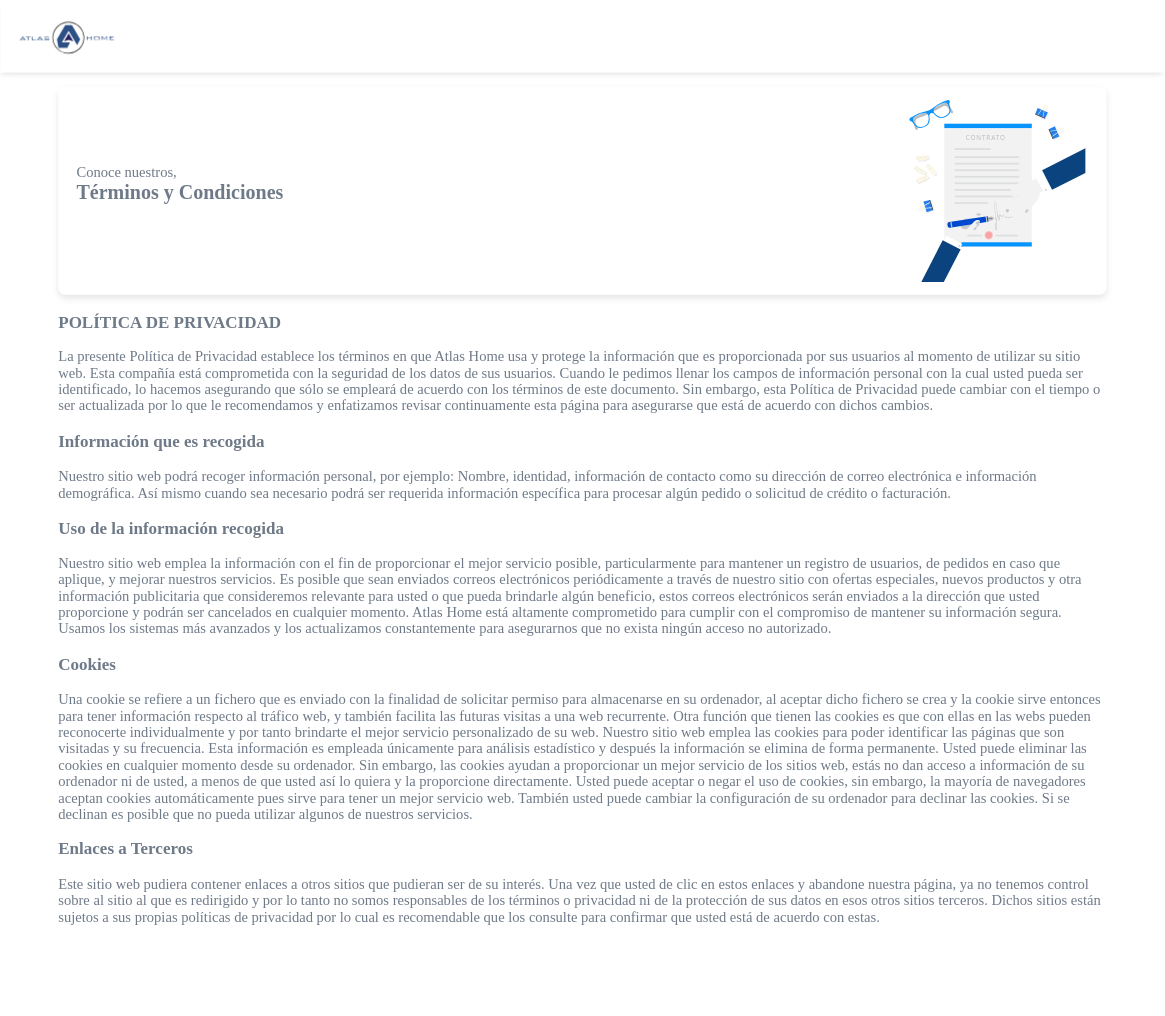
Repository: FabioMadrid/atlas_code
Page: terminos_condiciones.html
An editor plug-in stored every save of this project. The page is shown before and after the next save, followed by the edit.
The browser window is 1280 px wide. The pictures show the whole page, at 91% of full size.
Some web fonts or font styles are not loaded; a fallback is used. Some web libraries are served in a nearby version.

Above is the page before, as saved 2021-01-13 10:57:31.

### terminos_condiciones.html
<!DOCTYPE html>
<html lang="en">
<head>
    <meta charset="UTF-8">
    <meta name="viewport" content="width=device-width, initial-scale=1.0">
    <link rel="stylesheet" href="https://cdnjs.cloudflare.com/ajax/libs/font-awesome/4.7.0/css/font-awesome.min.css">
    <script src="https://kit.fontawesome.com/8bf4511c4b.js" crossorigin="anonymous"></script>
    <link rel="stylesheet" href="css/general.css">
    <link rel="stylesheet" href="css/perfil_vendedor.css">
    <link rel="stylesheet" href="https://atlas-home-colombia.s3.amazonaws.com/fonts/fonts.css">
    <title>Atlas Home</title>
</head>
<body>

    <div class="topnav" id="myTopnav">
        <div class="column-25" style="left: 0;">
            <a href="./index.html">
                <img src="./svg/logo_alargado_azul.svg" alt="Logo Atlas" id="logo-navbar">
            </a>
        </div>

    </div>



    <div class="titulo-inmueble hide-mobile" style="margin-top: 95px;" id="titulo-propiedad">
        <div class="space-between" style="margin-top: 5px;">

            <div class="text">
                <span >Conoce nuestros</span>,
                <br>
                <b style="font-size: 22px;display:block">Términos y Condiciones</b>
                <br>

            </div>

            <div class="relative-container">

                    <img src="./svg/contrato.svg" alt="Logo Atlas" class="dibujo">

            </div>

        </div>
    </div>


    <section style="margin: 0 5% 100px" class="text" >

        <h3 > POLÍTICA DE PRIVACIDAD</h3>

        La presente Política de Privacidad establece los términos en que Atlas Home usa y protege la información que es proporcionada por sus usuarios al momento de utilizar su sitio web. Esta compañía está comprometida con la seguridad de los datos de sus usuarios. Cuando le pedimos llenar los campos de información personal con la cual usted pueda ser identificado, lo hacemos asegurando que sólo se empleará de acuerdo con los términos de este documento. Sin embargo, esta Política de Privacidad puede cambiar con el tiempo o ser actualizada por lo que le recomendamos y enfatizamos revisar continuamente esta página para asegurarse que está de acuerdo con dichos cambios.

        <h3>Información que es recogida</h3>
        Nuestro sitio web podrá recoger información personal, por ejemplo: Nombre, identidad, información de contacto como su dirección de correo electrónica e información demográfica. Así mismo cuando sea necesario podrá ser requerida información específica para procesar algún pedido o solicitud de crédito o facturación.

        <h3>Uso de la información recogida</h3>
        Nuestro sitio web emplea la información con el fin de proporcionar el mejor servicio posible, particularmente para mantener un registro de usuarios, de pedidos en caso que aplique, y mejorar nuestros servicios. Es posible que sean enviados correos electrónicos periódicamente a través de nuestro sitio con ofertas especiales, nuevos productos y otra información publicitaria que consideremos relevante para usted o que pueda brindarle algún beneficio, estos correos electrónicos serán enviados a la dirección que usted proporcione y podrán ser cancelados en cualquier momento.

        Atlas Home está altamente comprometido para cumplir con el compromiso de mantener su información segura. Usamos los sistemas más avanzados y los actualizamos constantemente para asegurarnos que no exista ningún acceso no autorizado.

        <h3> Cookies </h3>
        Una cookie se refiere a un fichero que es enviado con la finalidad de solicitar permiso para almacenarse en su ordenador, al aceptar dicho fichero se crea y la cookie sirve entonces para tener información respecto al tráfico web, y también facilita las futuras visitas a una web recurrente. Otra función que tienen las cookies es que con ellas en las webs pueden reconocerte individualmente y por tanto brindarte el mejor servicio personalizado de su web.

        Nuestro sitio web emplea las cookies para poder identificar las páginas que son visitadas y su frecuencia. Esta información es empleada únicamente para análisis estadístico y después la información se elimina de forma permanente. Usted puede eliminar las cookies en cualquier momento desde su ordenador.

        Sin embargo, las cookies ayudan a proporcionar un mejor servicio de los sitios web, estás no dan acceso a información de su ordenador ni de usted, a menos de que usted así lo quiera y la proporcione directamente. Usted puede aceptar o negar el uso de cookies, sin embargo, la mayoría de navegadores aceptan cookies automáticamente pues sirve para tener un mejor servicio web. También usted puede cambiar la configuración de su ordenador para declinar las cookies. Si se declinan es posible que no pueda utilizar algunos de nuestros servicios.

        <h3> Enlaces a Terceros </h3>

        Este sitio web pudiera contener enlaces a otros sitios que pudieran ser de su interés. Una vez que usted de clic en estos enlaces y abandone nuestra página, ya no tenemos control sobre al sitio al que es redirigido y por lo tanto no somos responsables de los términos o privacidad ni de la protección de sus datos en esos otros sitios terceros. Dichos sitios están sujetos a sus propias políticas de privacidad por lo cual es recomendable que los consulte para confirmar que usted está de acuerdo con estas.



    </section>

### css/perfil_vendedor.css
.titulo-inmueble
{
    min-height: 80px;
    width: 90%;
    margin: auto;
    box-shadow: 0 4px 8px 0 rgba(0,0,0,0.1);
    border-radius: 8px;
    padding: 10px 20px;
    overflow: hidden;

}


.titulo-inmueble>h2
{
    margin: 5px 0 5px 0;
}
.titulo-propiedades
{
    font:"Forma DJR Text Edu" medium ;
    color: #0048CD;
    text-align: left;
}
.space-between
{
    justify-content: space-between;
    display: flex;
    display: -webkit-flex; /* Safari */
    flex-flow: row nowrap;
    align-items: center;
}
.text-t
{
    font-family:"Forma DJR Text Edu";
    color: #6F7A88;
    font-size: 16px;
    padding: 5px;
}

.dot {
    height: 12px;
    width: 12px;
    margin: 0 2px;
    background-color: #0894FE;
    border-radius: 50%;
    display: inline-block;
  }

.logo_empresa
{
    height: 100px;
    width: 100px;
    border-radius: 50%;
    vertical-align: middle;
    background-blend-mode: multiply;
    color: transparent;
    transition: all .3s ease;
    cursor: pointer;
}
.thumbnail
{
    height: 60px;
    width: 60px;
    border-radius: 50%;
    vertical-align: middle;
}
.upload_boton {
    opacity: 0;
    position: absolute;
    z-index: -1;
 }

 .info-card
 {
     height: 130px;
     width: 150px;
     margin:.7em;
     box-shadow: 0 4px 8px 0 rgba(0,0,0,0.2);
     border-radius: 8px;
     padding: none;
     overflow: hidden;
     padding: 10px;
 }
 .info-card:hover, .cita-card:hover
{
    box-shadow: 0 8px 16px 0 rgba(0,0,0,0.2);
    cursor: pointer;
}

 .cita-card
 {
     height: 250px;
     width: 250px;
     margin:.7em;
     box-shadow: 0 4px 8px 0 rgba(0,0,0,0.2);
     border-radius: 8px;
     padding: none;
     overflow: hidden;
     padding: 10px;
 }

 /*-------- Cards de propiedades--------*/
 .atlas-card
{
    height: 290px;
    width: 300px;
    margin:.7em;
    box-shadow: 0 4px 8px 0 rgba(0,0,0,0.2);
    transition: 0.3s;
    border-radius: 8px;
    padding: none;
    overflow: hidden;
}
.image-card
{
    height: 170px;
    width: 100%;
    object-fit: cover;
    vertical-align: middle;
}
.columna_modal_cita
{
  width: 45%;
  margin-top: 15px;
}


.contenedor-beneficios
{
    display: flex;
    flex-flow: row wrap;
    justify-content: flex-start;
    width: 90%;
    margin: auto;
}
.card-container
{
    display: flex;
    flex-flow: row nowrap;
    justify-content: space-around;
}
.icons
{
    height: 50px;
}
.cambiar_foto
{
    position: absolute;
    right: 0;
    bottom: 0;
    width: 20px;
    height:20px;
    background-color: white;
}
.dibujo
{
    width: 200px;
    height: 200px;
}

/*----------Clases de los accordiones ----------*/
.accordion {
    background-color: white;
    color: #444;
    cursor: pointer;
    padding: 18px;
    width: 100%;
    border: none;
    text-align: left;
    outline: none;
    font-size: 15px;
    transition: 0.4s;
    box-shadow: 0 4px 8px 0 rgba(0,0,0,0.1);
    margin-bottom: 1px;
  }

  .active-accordion, .accordion:hover
  {
    color: #0894FE;
    border-bottom: 1px solid #0894FE;
  }

  .accordion:after {
    content: 'Editar';
    color:#0894FE;
    font-weight: bold;
    float: right;
    margin-left: 5px;
  }

  .active-accordion:after {
    content: "Cancelar";
  }

  .panel {
    padding: 0 20px;
    background-color: white;
    max-height: 0;
    overflow: hidden;
    transition: max-height 0.2s ease-out;
    box-shadow: 0 4px 8px 0 rgba(0,0,0,0.1);
  }

  .text_blue
  {
      color: #0894FE ;
  }

  .tabcontent
{
    display: none;
    animation: fadeEffect 0.5s; /* Fading effect takes 1 second */
}


.b-tipo-cita
{
    color: #6F7A88;
    border-bottom: 1px solid #6F7A88;
    display: block;
    text-align: center;
    width: 25%;
    margin-top: 0;
    cursor: pointer;
    outline: none;
    padding: 10px;
    background-color: white;
}

.b-tipo-cita.active
{
  border-bottom: 2px solid #2680EB;
  color: #2680EB;
  font-weight: bold;
}

  /* The container */
  .checkbox {
    display: inline-block;
    position: relative;
    width: 100%;
    padding: 7px 0 7px 35px;
    margin: 12px 0;
    cursor: pointer;
    font-size: 16px;
    -webkit-user-select: none;
    -moz-user-select: none;
    -ms-user-select: none;
    user-select: none;
  }

  /* Hide the browser's default checkbox */
  .checkbox>input {
    position: absolute;
    opacity: 0;
    cursor: pointer;
    height: 0;
    width: 0;
  }

  /* Create a custom checkbox */
  .checkmark {
    position: absolute;
    left: 0;
    height: 22px;
    width: 22px;
    border: 3px solid #3B5A80;
    border-radius: 3px;
    background-color: #eee;
  }

  /* On mouse-over, add a grey background color */
  .checkbox:hover>input ~ .checkmark {
    background-color: #ccc;
  }

  /* When the checkbox is checked, add a blue background */
  .checkbox>input:checked ~ .checkmark {
    background-color: #0894FE;
    border: none;
  }

  /* Create the checkmark/indicator (hidden when not checked) */
  .checkmark:after {
    content: "";
    position: absolute;
    display: none;
  }

  /* Show the checkmark when checked */
  .checkbox>input:checked ~ .checkmark:after {
    display: block;
  }

  /* Style the checkmark/indicator */
  .checkbox .checkmark:after {
    left: 9px;
    top: 5px;
    width: 5px;
    height: 10px;
    border: solid white;
    border-width: 0 3px 3px 0;
    -webkit-transform: rotate(45deg);
    -ms-transform: rotate(45deg);
    transform: rotate(45deg);
  }

/* tabla para historial de citas */
.citas {
  border-collapse: collapse;
  width: 100%;
}

.citas td, .citas th {
  border: 1px solid #ddd;
  padding: 8px;
}

.citas tr:nth-child(even){background-color: #f2f2f2;}

.citas tr:hover {background-color: #ddd;cursor:pointer}

.citas th {
  padding-top: 12px;
  padding-bottom: 12px;
  text-align: left;
  background-color: #0048CD;
  color: white;
}


.contenedor_x
{
  display: flex;
  justify-content: space-between;
  flex-flow: row wrap;
}

.boton_azul
{
    color: #0894FE;
    background-color: white;
    border: #0894FE solid 1px;
    padding: 4px 8px;
    border-radius: 5px;
    display: block;
    width: 40%;
    height: 40px;
    font-size:16px;
    transition: background-color 0.4s;
    outline: none;
    margin: 8px 10px;
    text-align: center;
    min-width: 120px;
}

/*------------Step form en modal de citas -------*/

/* Styling Parts */
#part1,
#part2
{
  z-index: 2;
  display: block;
  height: auto;
  opacity: 1;
  transition: opacity 1s ease-in-out;
}

/* Hidden Parts */
#part2 {
  opacity: 0;
  height: 0;
  overflow: hidden;
}

/* Show Step 2 & Hide Step 1 */
#step2:checked ~ #part2 {
  opacity: 1;
  height: auto;
}
#step2:checked ~ #part1 {
  opacity: 0;
  height: 0;
  display: none;
}

@media screen and (max-width: 1500px)
{

  .columna_modal_cita
  {
    width: 35%;
  }


}

@media screen and (max-width: 1200px)
{

    .contenedor-beneficios
    {
        flex-flow: row wrap;
    }
    .contenedor_x
  {
    justify-content: center;
  }
  .columna_modal_cita
  {
    width: 100%;
  }

}

@media screen and (max-width: 765px)
{

    .contenedor-beneficios
    {
        justify-content: space-around;
    }
    .text-align
    {
        text-align: center;
    }

    .atlas-card
    {
        width: 100%;
    }
    .card-container
    {
        flex-flow: row wrap;
    }
    .main-text
    {
        font-size: 45px;
        margin: 0 5%;
    }
    .dibujo
    {
        margin: 20px auto;
    }
    .b-tipo-cita
    {
      width: 50%;
    }

}

@media screen and (max-width: 400px)
{
    .info-card
    {
        width: 250px;
    }
    .space-between
    {
        justify-content: center;
        flex-flow: row wrap;
    }

    .logo_empresa
    {
        margin: 20px auto;
    }

}

Loaded but not shown: css/general.css (885 lines, source omitted)

After the next save:
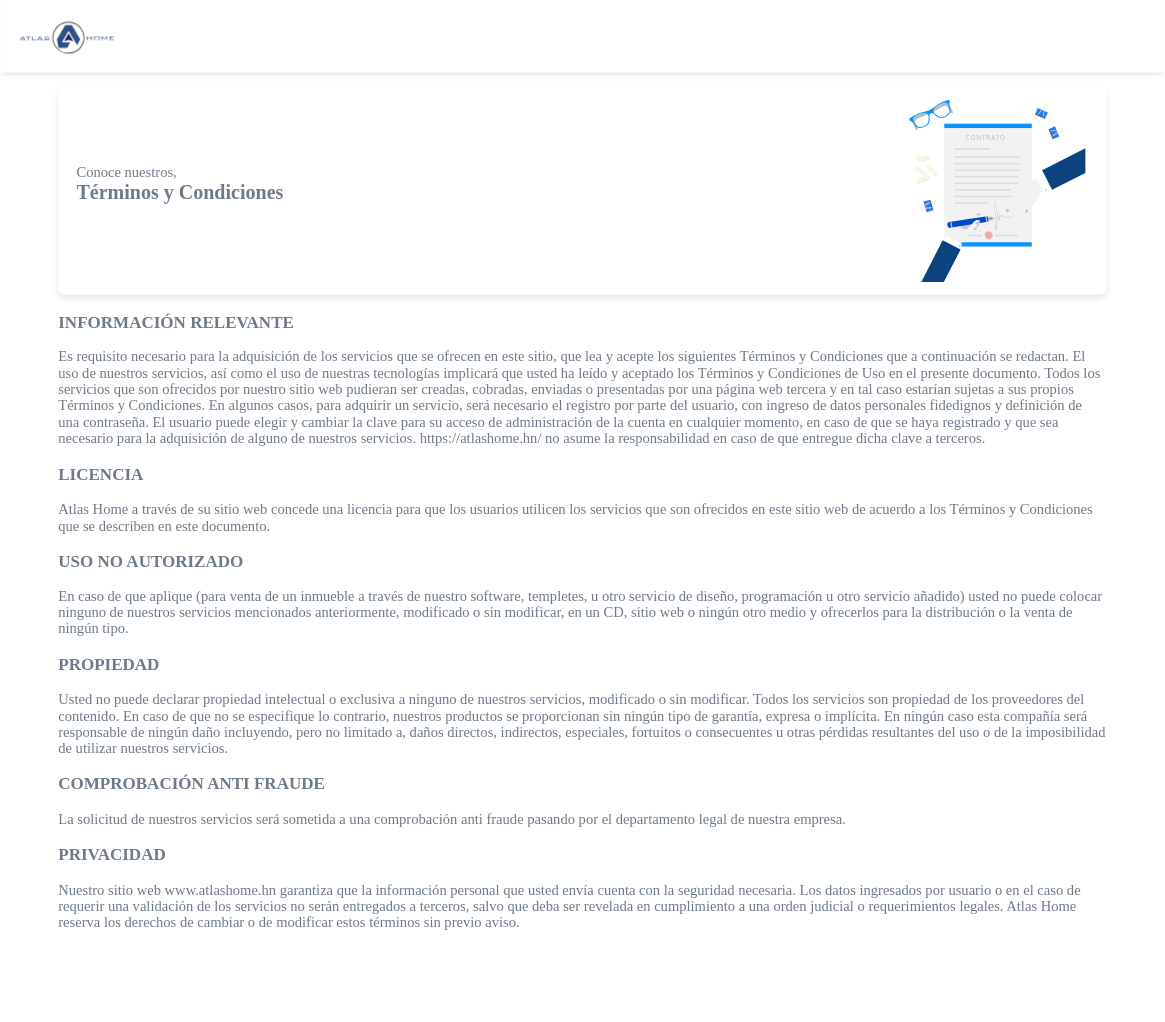
Saved 2 min 58 s later.
--- a/terminos_condiciones.html
+++ b/terminos_condiciones.html
@@ -46,29 +46,26 @@
 
     <section style="margin: 0 5% 100px" class="text" >
 
-        <h3 > POLÍTICA DE PRIVACIDAD</h3>
+        <h3 > INFORMACIÓN RELEVANTE</h3>
 
-        La presente Política de Privacidad establece los términos en que Atlas Home usa y protege la información que es proporcionada por sus usuarios al momento de utilizar su sitio web. Esta compañía está comprometida con la seguridad de los datos de sus usuarios. Cuando le pedimos llenar los campos de información personal con la cual usted pueda ser identificado, lo hacemos asegurando que sólo se empleará de acuerdo con los términos de este documento. Sin embargo, esta Política de Privacidad puede cambiar con el tiempo o ser actualizada por lo que le recomendamos y enfatizamos revisar continuamente esta página para asegurarse que está de acuerdo con dichos cambios.
+        Es requisito necesario para la adquisición de los servicios que se ofrecen en este sitio, que lea y acepte los siguientes Términos y Condiciones que a continuación se redactan. El uso de nuestros servicios, así como el uso de nuestras tecnologías implicará que usted ha leído y aceptado los Términos y Condiciones de Uso en el presente documento. Todos los servicios que son ofrecidos por nuestro sitio web pudieran ser creadas, cobradas, enviadas o presentadas por una página web tercera y en tal caso estarían sujetas a sus propios Términos y Condiciones. En algunos casos, para adquirir un servicio, será necesario el registro por parte del usuario, con ingreso de datos personales fidedignos y definición de una contraseña.
+        El usuario puede elegir y cambiar la clave para su acceso de administración de la cuenta en cualquier momento, en caso de que se haya registrado y que sea necesario para la adquisición de alguno de nuestros servicios. https://atlashome.hn/ no asume la responsabilidad en caso de que entregue dicha clave a terceros.
 
-        <h3>Información que es recogida</h3>
-        Nuestro sitio web podrá recoger información personal, por ejemplo: Nombre, identidad, información de contacto como su dirección de correo electrónica e información demográfica. Así mismo cuando sea necesario podrá ser requerida información específica para procesar algún pedido o solicitud de crédito o facturación.
+        <h3>LICENCIA</h3>
+        Atlas Home a través de su sitio web concede una licencia para que los usuarios utilicen los servicios que son ofrecidos en este sitio web de acuerdo a los Términos y Condiciones que se describen en este documento.
 
-        <h3>Uso de la información recogida</h3>
-        Nuestro sitio web emplea la información con el fin de proporcionar el mejor servicio posible, particularmente para mantener un registro de usuarios, de pedidos en caso que aplique, y mejorar nuestros servicios. Es posible que sean enviados correos electrónicos periódicamente a través de nuestro sitio con ofertas especiales, nuevos productos y otra información publicitaria que consideremos relevante para usted o que pueda brindarle algún beneficio, estos correos electrónicos serán enviados a la dirección que usted proporcione y podrán ser cancelados en cualquier momento.
+        <h3>USO NO AUTORIZADO</h3>
+        En caso de que aplique (para venta de un inmueble a través de nuestro software, templetes, u otro servicio de diseño, programación u otro servicio añadido) usted no puede colocar ninguno de nuestros servicios mencionados anteriormente, modificado o sin modificar, en un CD, sitio web o ningún otro medio y ofrecerlos para la distribución o la venta de ningún tipo.
 
-        Atlas Home está altamente comprometido para cumplir con el compromiso de mantener su información segura. Usamos los sistemas más avanzados y los actualizamos constantemente para asegurarnos que no exista ningún acceso no autorizado.
+        <h3>PROPIEDAD</h3>
+        Usted no puede declarar propiedad intelectual o exclusiva a ninguno de nuestros servicios, modificado o sin modificar. Todos los servicios son propiedad de los proveedores del contenido. En caso de que no se especifique lo contrario, nuestros productos se proporcionan sin ningún tipo de garantía, expresa o implícita. En ningún caso esta compañía será responsable de ningún daño incluyendo, pero no limitado a, daños directos, indirectos, especiales, fortuitos o consecuentes u otras pérdidas resultantes del uso o de la imposibilidad de utilizar nuestros servicios.
 
-        <h3> Cookies </h3>
-        Una cookie se refiere a un fichero que es enviado con la finalidad de solicitar permiso para almacenarse en su ordenador, al aceptar dicho fichero se crea y la cookie sirve entonces para tener información respecto al tráfico web, y también facilita las futuras visitas a una web recurrente. Otra función que tienen las cookies es que con ellas en las webs pueden reconocerte individualmente y por tanto brindarte el mejor servicio personalizado de su web.
+        <h3>COMPROBACIÓN ANTI FRAUDE</h3>
 
-        Nuestro sitio web emplea las cookies para poder identificar las páginas que son visitadas y su frecuencia. Esta información es empleada únicamente para análisis estadístico y después la información se elimina de forma permanente. Usted puede eliminar las cookies en cualquier momento desde su ordenador.
+        La solicitud de nuestros servicios será sometida a una comprobación anti fraude pasando por el departamento legal de nuestra empresa.
 
-        Sin embargo, las cookies ayudan a proporcionar un mejor servicio de los sitios web, estás no dan acceso a información de su ordenador ni de usted, a menos de que usted así lo quiera y la proporcione directamente. Usted puede aceptar o negar el uso de cookies, sin embargo, la mayoría de navegadores aceptan cookies automáticamente pues sirve para tener un mejor servicio web. También usted puede cambiar la configuración de su ordenador para declinar las cookies. Si se declinan es posible que no pueda utilizar algunos de nuestros servicios.
-
-        <h3> Enlaces a Terceros </h3>
-
-        Este sitio web pudiera contener enlaces a otros sitios que pudieran ser de su interés. Una vez que usted de clic en estos enlaces y abandone nuestra página, ya no tenemos control sobre al sitio al que es redirigido y por lo tanto no somos responsables de los términos o privacidad ni de la protección de sus datos en esos otros sitios terceros. Dichos sitios están sujetos a sus propias políticas de privacidad por lo cual es recomendable que los consulte para confirmar que usted está de acuerdo con estas.
-
-
+        <h3>PRIVACIDAD</h3>
+        Nuestro sitio web www.atlashome.hn garantiza que la información personal que usted envía cuenta con la seguridad necesaria. Los datos ingresados por usuario o en el caso de requerir una validación de los servicios no serán entregados a terceros, salvo que deba ser revelada en cumplimiento a una orden judicial o requerimientos legales.
+Atlas Home reserva los derechos de cambiar o de modificar estos términos sin previo aviso.
 
     </section>
